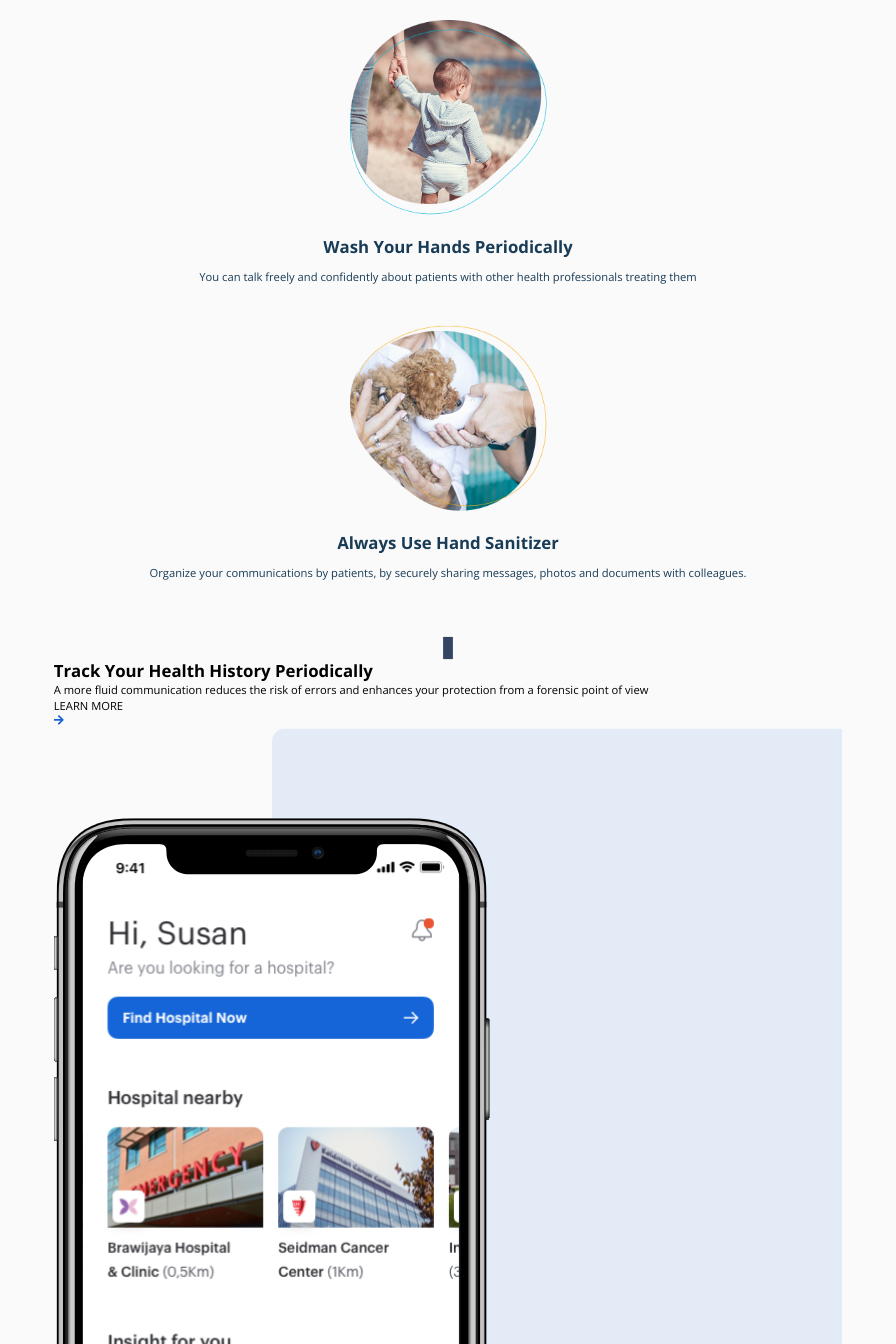
Repository: Esttevo/prova-html-css
Page: index.html
An editor plug-in stored every save of this project. The page is shown before and after a run of saves, followed by the edit.
The browser window is 1280 px wide. The pictures show the part of the page from y = 4132 to 6052 px (the page is 8422 px tall), at 70% of full size.
A picture or video elsewhere on the page could not be fetched, so the positions and the page height are approximate.

Above is the page before, as saved 2026-09-01 15:06:10.

After the next 2 saves:
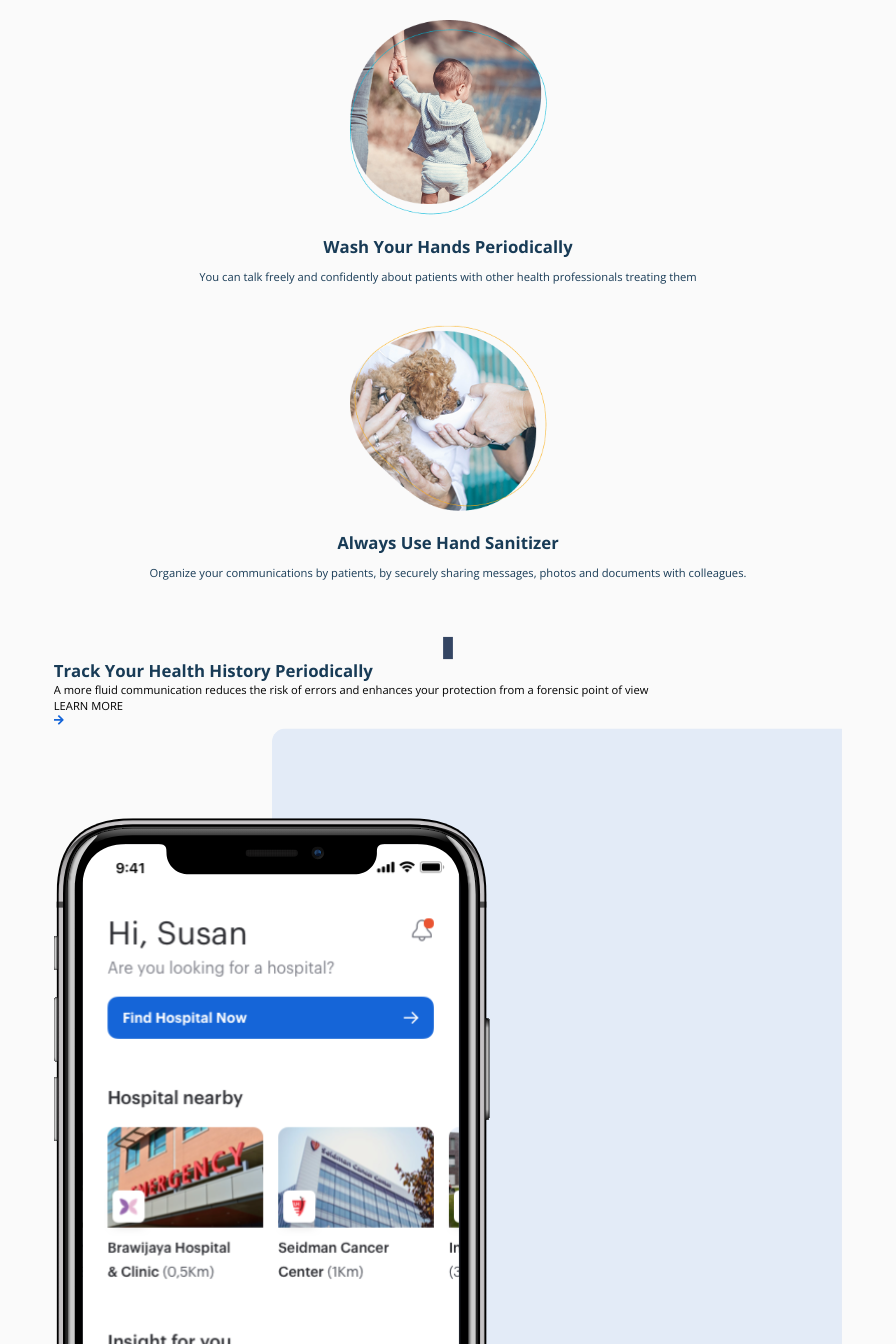
The 2 saves are shown as one change because they came seconds apart.
The last was saved 8 s later.
--- a/style.css
+++ b/style.css
@@ -291,5 +291,6 @@ header {
 }
 
 #section-health h2 {
-    color: var();
-}
+    color: var(--primary-title-font-color);
+
+}
